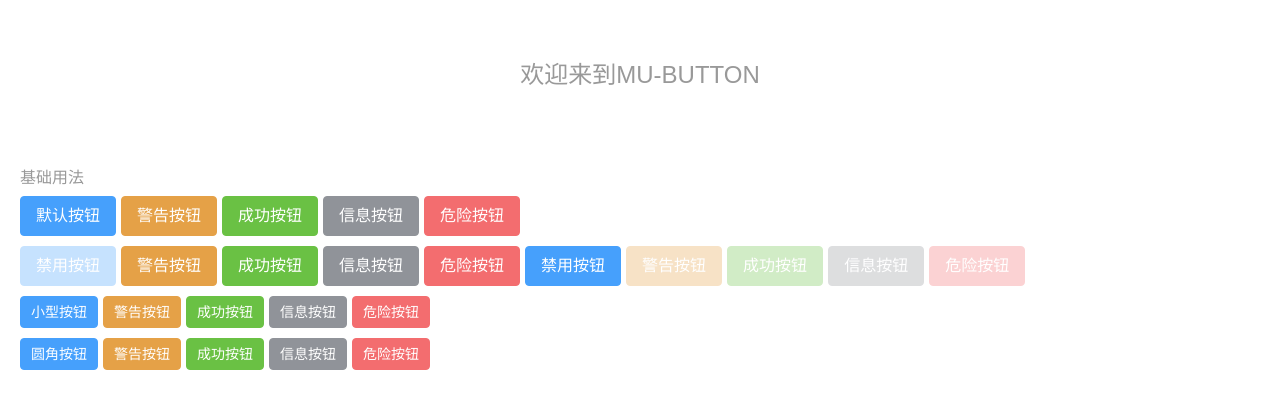
Repository: HuoXiaoYe/huoxiaoye_mumu
Page: /
The author's editor kept a copy of each file at every save. The page is drawn from the files as they stood at one save, then again after the next save.
The browser window is 1280 px wide. The pictures show the whole page.
The project was rebuilt for these pictures with package versions that can differ from the ones it lists, and the page was loaded fresh each time.

Above is the page before, as saved 2020-07-04 17:42:14.

### src/App.tsx
import React from 'react';
import './App.css';
import "@/assets/less/reset.less"
import ButtonWrap from "./pages/buttonWrap/buttonWrap"

function App() {
  return (
    <div className="App">
      <ButtonWrap />
    </div>
  );
}

export default App;

### src/pages/buttonWrap/buttonWrap.tsx
import React,{useState} from "react"
import "./index.less"
import MUButton from "../../components/button/button"
import Title from "../components/title/title"
import {ButtonType} from "@/tsconfig/MUButton"


interface Ibutton {
    type:ButtonType,
    value:string
}

function ButtonWrap() {
    const [buttonList] = useState<Ibutton[]>([
        {
            type:"warning",
            value:"警告按钮"
        },
        {
            type:"success",
            value:"成功按钮"
        },
        {
            type:"info",
            value:"信息按钮"
        },
        {
            type:"danger",
            value:"危险按钮"
        }
    ])
    return (
        <div className="button-wrap">
            <Title type="first">MU-BUTTON</Title>
            <div className="button-item">
                <Title type="second">基础用法</Title>
                <ul>
                    <li><MUButton>默认按钮</MUButton></li>
                    {
                        buttonList.map((item)=>{
                            return (
                            <li><MUButton type={item.type}>{item.value}</MUButton></li>
                            )
                        })
                    }
                </ul>
                <ul>
                <li><MUButton disabled={true}>禁用按钮</MUButton></li>
                    {
                        buttonList.map((item)=>{
                            return (
                            <li><MUButton type={item.type}>{item.value}</MUButton></li>
                            )
                        })
                    }
                    <li><MUButton >禁用按钮</MUButton></li>
                    <li><MUButton disabled={true} type="warning">警告按钮</MUButton></li>
                    <li><MUButton disabled={true} type="success">成功按钮</MUButton></li>
                    <li><MUButton disabled={true} type="info">信息按钮</MUButton></li>
                    <li><MUButton disabled={true} type="danger">危险按钮</MUButton></li>
                </ul>

                <ul>
                    <li><MUButton size="small">小型按钮</MUButton></li>
                    <li><MUButton size="small" type="warning">警告按钮</MUButton></li>
                    <li><MUButton size="small" type="success">成功按钮</MUButton></li>
                    <li><MUButton size="small" type="info">信息按钮</MUButton></li>
                    <li><MUButton size="small" type="danger">危险按钮</MUButton></li>
                </ul>


                <ul>
                    <li><MUButton size="small" circle={true}>圆角按钮</MUButton></li>
                    <li><MUButton size="small" circle={true} type="warning">警告按钮</MUButton></li>
                    <li><MUButton size="small" circle={true} type="success">成功按钮</MUButton></li>
                    <li><MUButton size="small" circle={true} type="info">信息按钮</MUButton></li>
                    <li><MUButton size="small" circle={true} type="danger">危险按钮</MUButton></li>
                </ul>
            </div>

        </div>
    )
}

export default ButtonWrap

### src/pages/buttonWrap/index.less
@import '@/assets/less/common.less';

.button-wrap{

    .button-item{
        padding: 20px;

        ul{
            margin-top: 5px;
            display: flex;
            flex-wrap: wrap;
            li{
                margin-right: 5px;
                margin-top: 5px;
            }
        }
    }
}

### src/components/button/button.tsx
import React, { useEffect,useState } from 'react'
import { IProps } from "@/tsconfig/MUButton"
import "./index.less"


function MUButton(props: IProps) {
    const [btnClass,setBtnClass] = useState<string[]>(['mu-button'])
    useEffect(() => {
        console.log("initional");
        let tempBtnClass:string[] = []
        if(props.type){
            tempBtnClass.push('mu-' + props.type)
        }else{
            tempBtnClass.push('mu-primary')
        }
        if(props.size){
            tempBtnClass.push('mu-' + props.size)
        }else{
            tempBtnClass.push('mu-normal')
        }
        if(props.disabled){
            tempBtnClass.push('mu-disabled')
        }
        setBtnClass([...btnClass,...tempBtnClass])
    // eslint-disable-next-line react-hooks/exhaustive-deps
    },[props])
    return (
        <button type="button" className={btnClass.join(' ')} disabled={props.disabled}>
            {/* <i className="lake-loading"></i>
            <slot className="icon"></slot> */}
            {
                props.children
            }
        </button >
    )
}

export default MUButton

### src/pages/components/title/title.tsx
/* eslint-disable react-hooks/exhaustive-deps */
import React, {useState,useEffect} from "react"
import "./index.less"

type titleType = 'first' | 'second'

interface IProps {
    type : titleType,
    children?:any
}

function Title(props:IProps){
    const [,setClassName ]= useState<titleType>('first');
    useEffect(()=>{
        setClassName(props.type)
    })

    return (
        <div className="title-wrap">
            {
                props.type === 'first' ?
                <div className="firse-level">
                    欢迎来到
                    {
                        props.children
                    }
                </div>:
                <div className="second-level">
                    {
                        props.children
                    }
                </div>
            }
        </div>
    )
}

export default Title

### src/assets/less/common.less
@charset "utf-8";html{background-color:#fff;color:#000;font-size:12px}
body,ul,ol,dl,dd,h1,h2,h3,h4,h5,h6,figure,form,fieldset,legend,input,textarea,button,p,blockquote,th,td,pre,xmp{margin:0;padding:0}
body,input,textarea,button,select,pre,xmp,tt,code,kbd,samp{line-height:1.5;font-family:tahoma,arial,"Hiragino Sans GB",simsun,sans-serif}
h1,h2,h3,h4,h5,h6,small,big,input,textarea,button,select{font-size:100%}
h1,h2,h3,h4,h5,h6{font-family:tahoma,arial,"Hiragino Sans GB","微软雅黑",simsun,sans-serif}
h1,h2,h3,h4,h5,h6,b,strong{font-weight:normal}
address,cite,dfn,em,i,optgroup,var{font-style:normal}
table{border-collapse:collapse;border-spacing:0;text-align:left}
caption,th{text-align:inherit}
ul,ol,menu{list-style:none}
fieldset,img{border:0}
img,object,input,textarea,button,select{vertical-align:middle}
article,aside,footer,header,section,nav,figure,figcaption,hgroup,details,menu{display:block}
audio,canvas,video{display:inline-block;*display:inline;*zoom:1}
blockquote:before,blockquote:after,q:before,q:after{content:"\0020"}
textarea{overflow:auto;resize:vertical}
input,textarea,button,select,a{outline:0 none;border: none;}
button::-moz-focus-inner,input::-moz-focus-inner{padding:0;border:0}
mark{background-color:transparent}
a,ins,s,u,del{text-decoration:none}
sup,sub{vertical-align:baseline}
html {overflow-x: hidden;height: 100%;font-size: 50px;-webkit-tap-highlight-color: transparent;}
body {font-family: Arial, "Microsoft Yahei", "Helvetica Neue", Helvetica, sans-serif;color: #333;font-size: .28em;line-height: 1;-webkit-text-size-adjust: none;}
hr {height: .02rem;margin: .1rem 0;border: medium none;border-top: .02rem solid #cacaca;}
a {color: #25a4bb;text-decoration: none;}

### src/components/button/index.less
@btnPrefixClass:mu;
@brand-primary:#46a0fc;
@brand-error: #e5a147;
@brand-info: #909399;
@brand-danger: #f36d6f;
.btnType(@color){
    color: #fff;
    background-color: @color;
    border-color: @color;
}
@brand-success: #6ac144;
    .@{btnPrefixClass}-button {
        display: block;
        outline: 0 none;
        box-sizing: border-box;
        padding: 13px 15px;
        text-align: center;
        font-size: 16px;
        // width: 100%;
        min-width: 64px;
        height: 48px;
        line-height: 22px;
        overflow: hidden;
        text-overflow: ellipsis;
        word-break: break-word;
        white-space: nowrap;
        color: #333;
        background-color: #fff;
        border: 1px solid #D8DEE6;
        border-radius: 4px;
        user-select: none;
        -webkit-tap-highlight-color: rgba(0, 0, 0, 0);
        -webkit-appearance: none;
        -webkit-font-smoothing: antialiased;
    }
    .mu-primary {
        color: #fff;
        background-color: @brand-primary;
        border-color: @brand-primary;
        line-height: 48px;
    }
    .mu-warning {
        color: #fff;
        background-color: @brand-error;
        border-color: @brand-error;
    }
    .mu-success{
        color: #fff;
        background-color: @brand-success;
        border-color: @brand-success;
    }
    .mu-info{
        .btnType(@brand-info)
    }
    .mu-danger{
        .btnType(@brand-danger)
    }
    .mu-outline {
        color: @brand-primary;
        background-color: #fff;
        border-color: #008DFC;
    }
    .mu-small {
        font-size: 14px;
        height: 32px;
        line-height: 20px;
        padding: 5px 10px;
    }

    .mu-normal {
        font-size: 16px;
        height: 40px;
        line-height: 22px;
        padding: 8px 15px;
    }

    .mu-inline {
        display: inline-block;
        vertical-align: top;
        width: auto;
    }
    .mu-loading {
        display: flex;
        align-items: center;
        justify-content: center;
    }
    .mu-disabled{
        opacity: 0.3;
    }
    .mu-loading {
        display: block;
        width: 12px;
        height: 12px;
        margin-right: 6px;
        border: 2px solid #e8e8e8;
        border-top-color: #c5c5c5;
        border-radius: 100%;
        animation: rotation 0.5s linear 0s infinite;
    }

    @keyframes rotation {
        from {
            transform: rotate(0deg);
        }
        to {
            transform: rotate(359deg);
        }
    }

### src/pages/components/title/index.less
.title-wrap{
    .firse-level{
        height: 150px;
        line-height: 150px;
        font-size: 24px;
        color: #999;
        text-align: center;
    }
    .second-level{
        font-size:16px;
        color: #999;
        text-align: left;
    }
}

Loaded but not shown: public/index.html (common file); src/index.tsx (common file); src/index.css (common file); src/App.css (common file); src/assets/less/reset.less (common file)

After the next save:
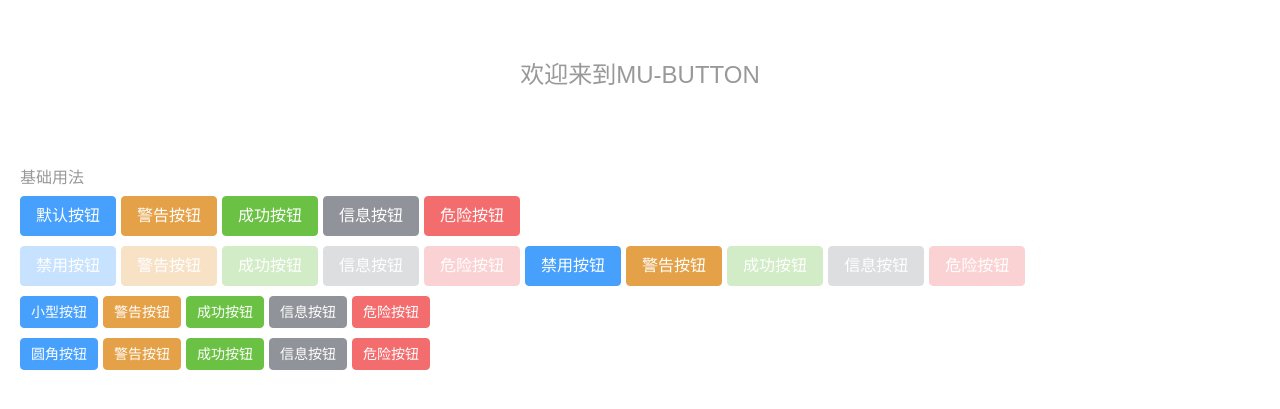
Saved 6 s later.
--- a/src/pages/buttonWrap/buttonWrap.tsx
+++ b/src/pages/buttonWrap/buttonWrap.tsx
@@ -49,12 +49,12 @@ function ButtonWrap() {
                     {
                         buttonList.map((item)=>{
                             return (
-                            <li><MUButton type={item.type}>{item.value}</MUButton></li>
+                            <li><MUButton type={item.type} disabled={true}>{item.value}</MUButton></li>
                             )
                         })
                     }
                     <li><MUButton >禁用按钮</MUButton></li>
-                    <li><MUButton disabled={true} type="warning">警告按钮</MUButton></li>
+                    <li><MUButton  type="warning">警告按钮</MUButton></li>
                     <li><MUButton disabled={true} type="success">成功按钮</MUButton></li>
                     <li><MUButton disabled={true} type="info">信息按钮</MUButton></li>
                     <li><MUButton disabled={true} type="danger">危险按钮</MUButton></li>
